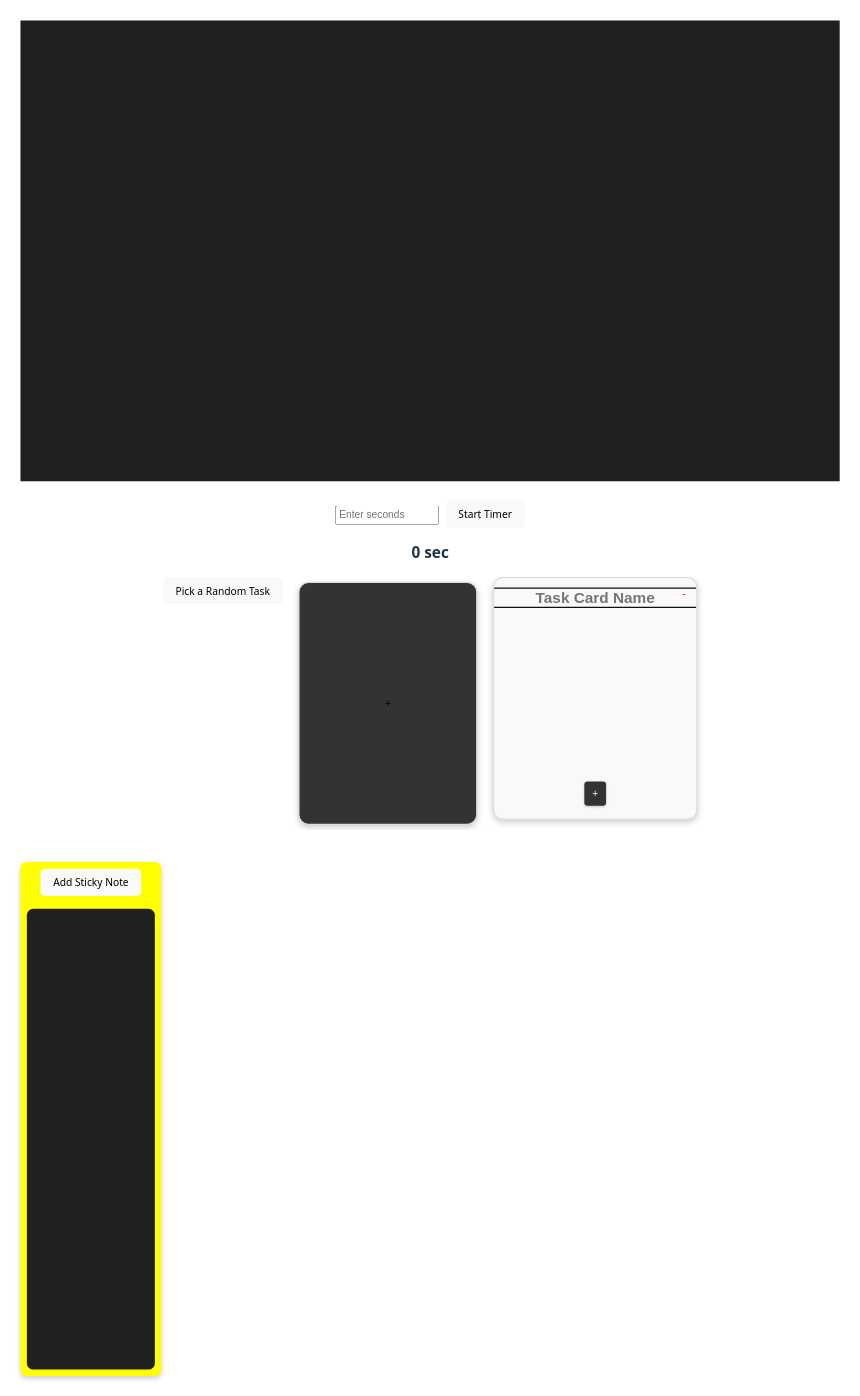
Repository: RamSivaSundaraKarthykeyan/Cards-Task
Page: /, after clicking the first element matching `button.task-card-add-button`
The author's editor kept a copy of each file at every save. The page is drawn from the files as they stood at one save, then again after the next save.
The browser window is 1280 px wide. The page is 1344 px wide, so the pictures cover 1344 px, including what lies to the right of the window. The pictures show the whole page, at 64% of full size.
The project was rebuilt for these pictures with package versions that can differ from the ones it lists, and the page was loaded fresh each time. Also part of the build but not shown: vite.config.js, src/CSS/checkBox.css, src/components/CheckBox.jsx.

Above is the page before, as saved 2025-04-17 06:25:01.

After the next save:
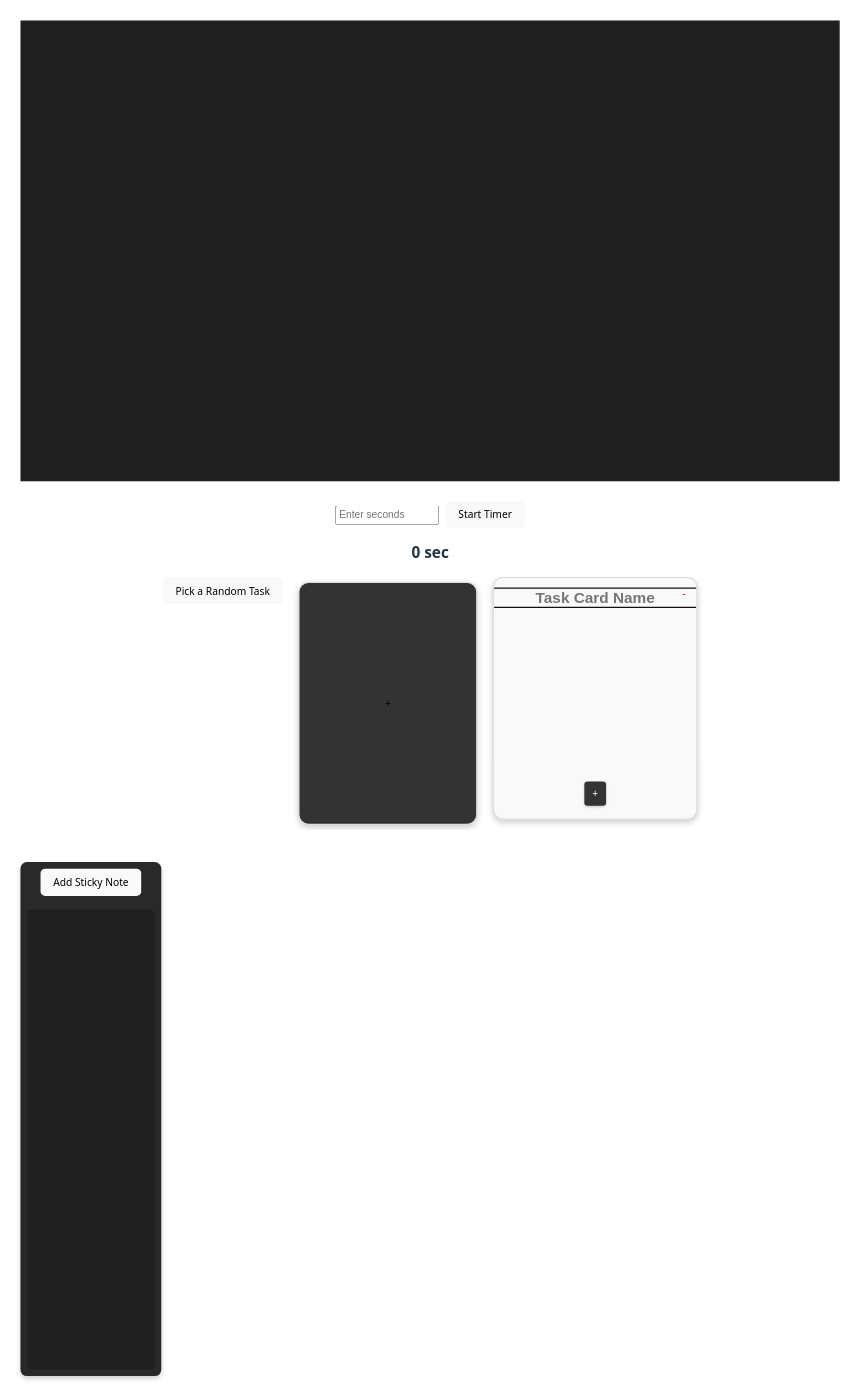
Saved 11 s later.
--- a/src/CSS/StickyNotes.css
+++ b/src/CSS/StickyNotes.css
@@ -15,7 +15,7 @@
     /* Makes the remove button position relative to the note */
     width: 200px;
     min-height: 150px;
-    background: yellow;
+
     padding: 10px;
     box-shadow: 0 4px 8px rgba(0, 0, 0, 0.2);
     user-select: none;
